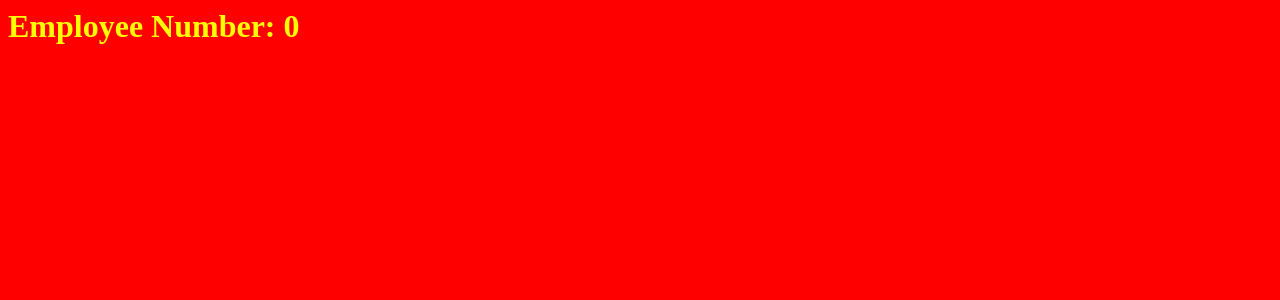
Repository: venugopalakrishnamylavarapu/Naresh-It-Full-Stack-java-Developer
Page: http://localhost/JSP/emp.jsp
The author's editor kept a copy of each file at every save. The page is drawn from the files as they stood at one save, then again after the next save.
The browser window is 1280 px wide. The pictures show the whole page.
The page is served by Tomcat 9. Other server files are loaded and not shown.

Above is the page before, as saved 2023-03-16 12:56:41.

### Advanced Java/Coding/JSP/src/main/webapp/emp.jsp
<html>
<body bgcolor=red text=yellow>
<h1>
<jsp:useBean id="eb" class="bean2.empBean"/>
<jsp:setProperty name="eb" property="*"/>
Employee Number: <jsp:getProperty name="eb" property="empNo"/><br>

</h1>

</body>
</html>

### Advanced Java/Coding/JSP/src/main/java/bean2/empBean.java
package bean2;

import java.io.Serializable;

public class empBean implements Serializable{
	 private int empNo;
	 private String name;
	 private float salary;
	public int getEmpNo() {
		return empNo;
	}
	public void setEmpNo(int empNo) {
		this.empNo = empNo;
	}
	public String getName() {
		return name;
	}
	public void setName(String name) {
		this.name = name;
	}
	public float getSalary() {
		return salary;
	}
	public void setSalary(float salary) {
		this.salary = salary;
	}
}

After the next save:
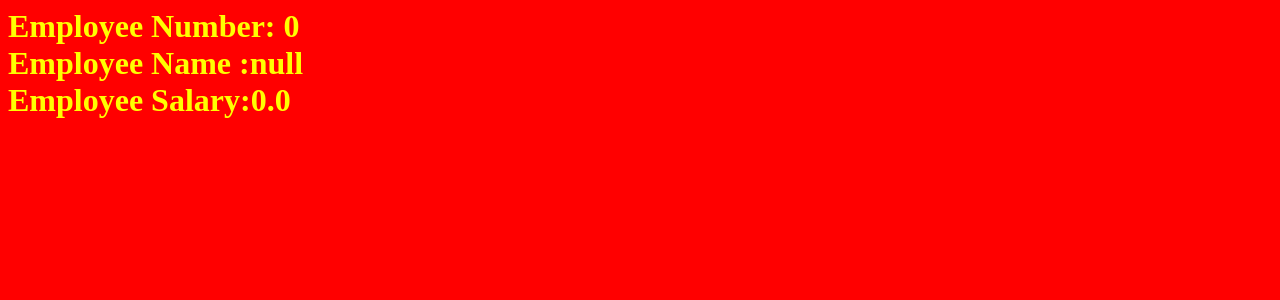
Saved 62 s later.
--- a/Advanced Java/Coding/JSP/src/main/webapp/emp.jsp
+++ b/Advanced Java/Coding/JSP/src/main/webapp/emp.jsp
@@ -4,6 +4,8 @@
 <jsp:useBean id="eb" class="bean2.empBean"/>
 <jsp:setProperty name="eb" property="*"/>
 Employee Number: <jsp:getProperty name="eb" property="empNo"/><br>
+Employee Name :<jsp:getProperty name="eb" property="name"/><br>
+Employee Salary:<jsp:getProperty name="eb" property="salary"/><br>
 
 </h1>
 
